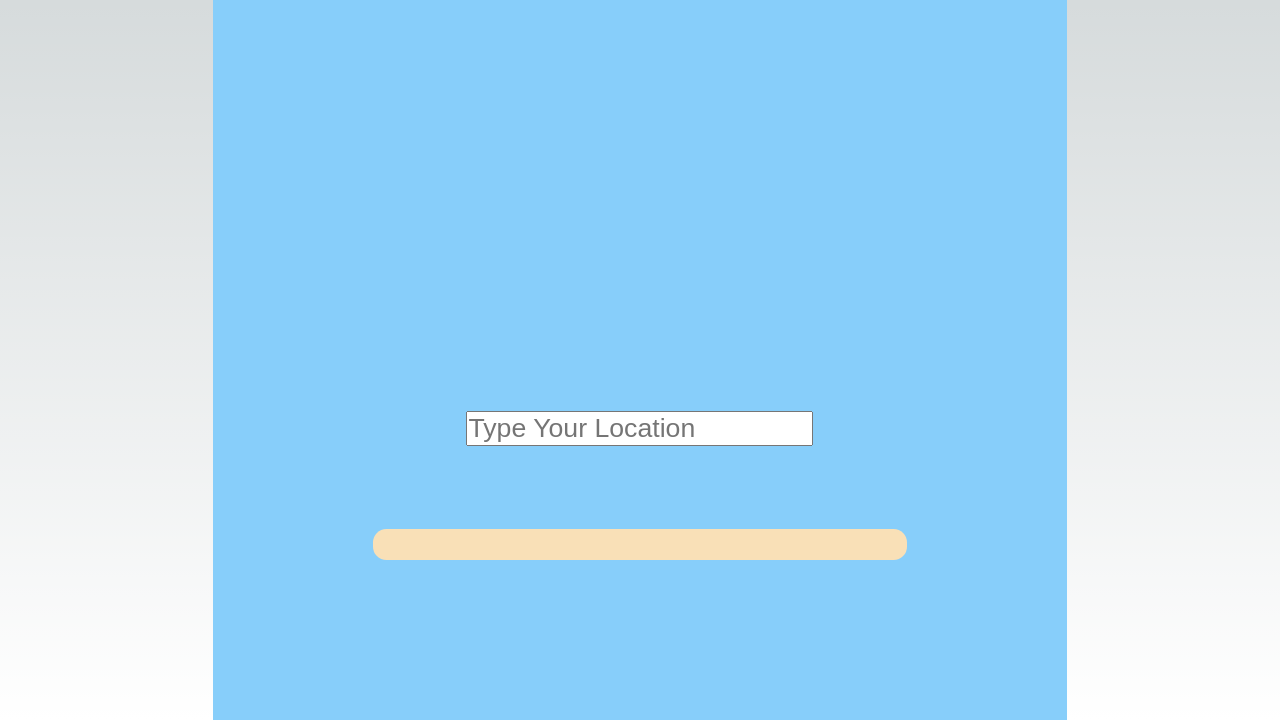
Repository: Heidingg/weather_app
Page: /
The author's editor kept a copy of each file at every save. The page is drawn from the files as they stood at one save, then again after the next save.
The browser window is 1280 px wide. The pictures show the whole page.
The project was rebuilt for these pictures with package versions that can differ from the ones it lists, and the page was loaded fresh each time. The framework's server and built-in components were replaced by stand-ins that run in the browser. Also part of the build but not shown: next.config.js.

Above is the page before, as saved 2023-01-19 22:47:47.

### pages/index.js
import Head from 'next/head';
import Image from 'next/image';
import { Inter } from '@next/font/google';
import styles from '../styles/Home.module.css';
import { useState } from 'react';
import React from 'react';
import axios from 'axios';

const inter = Inter({ subsets: ['latin'] })

export default function Home() {

  const [location, setLocation] = useState('');
  const [data, setData] = useState({});
  const [weather, setWeather] = useState();
  const [main, setMain] = useState();
  const [wind, setWind] = useState();
  const [errorMessage, setErrorMessage] = useState('');
  const [icon, setIcon] = useState('');
  var lang = "en";
  var units = "metric";
  var apiKey = "8a3b66428312171f7c96dafa7cbc5a31";

  const url = `https://api.openweathermap.org/data/2.5/weather?q=${location}&units=${units}&appid=${apiKey}&lang=${lang}`;


  const searchLocation = (event) => {
    if (event.key === 'Enter') {
      axios.get(url)
        .then((response) => {
          console.clear();
          setData(response.data);
          console.log(response.data);
          setWeather(response.data.weather);
          setWind(response.data.wind);
          setIcon(response.data.icon);
          setErrorMessage("");
        }).catch(err => {
          console.log(err);
          setErrorMessage("Please enter another location")
          setData({});
          setWeather();
          setMain();
          setWind();
          setIcon();
        })
      setLocation('')
    }
  }


  return (
    <>
      <Head>
        <title>Loweather</title>
        <meta name="description" content="Generated by create next app" />
        <meta name="viewport" content="width=device-width, initial-scale=1" />
        <link rel="icon" href="cloudy.png" alt=""/>
      </Head>

      <main className={styles.main}>
        <div className={styles.location}></div>
          <div className={styles.locationIcon}>
          <div className={styles.locationName}>
            {data.name}
          </div>
        </div>

        <div className={styles.errorMess}>{errorMessage}</div>
        <input
          value={location}
          onChange={event => setLocation(event.target.value)}
          placeholder="Type Your Location"
          onKeyDown={searchLocation}
          type="text"
        >
        </input>

        <div className={styles.weatherData}>
          <div className={styles.weatherCondition}>
            {
              weather && weather.map((w, index) => {
                return (
                  <div key={index}>
                    <div className>{w.icon}</div>
                    <img className={styles.iconStyle} src={`http://openweathermap.org/img/wn/${w.icon}@2x.png`}></img>
                    <div className>{w.main}</div>
                  </div>
                )
              })
            }
          </div>

          {
            weather && weather.map((w, index) => {
              return (
                <div key={index}>
                  <div className>{w.description}</div>
                </div>
              )
            })
          }

          {
            main && weather.map(() => {
              return (
                <div>
                  <div className={styles.weatherTemp}>Temperature: {main.temp}&#176;C</div>
                  <div className={styles.weatherFeel}>Feels like: {main.feels_like}&#176;C</div>
                </div>
              )
            })
          }

          {
            wind && weather.map(() => {
              return (
                <div>
                  <div className={styles.weatherWind}>Wind: {wind.gust} m/s</div>
                </div>
              )
            })
          }

        </div>
      </main>
    </>
)
}

### styles/globals.css
:root {
  --max-width: 1100px;
  --border-radius: 12px;
  --font-mono: ui-monospace, Menlo, Monaco, 'Cascadia Mono', 'Segoe UI Mono',
    'Roboto Mono', 'Oxygen Mono', 'Ubuntu Monospace', 'Source Code Pro',
    'Fira Mono', 'Droid Sans Mono', 'Courier New', monospace;

  --foreground-rgb: 0, 0, 0;
  --background-start-rgb: 214, 219, 220;
  --background-end-rgb: 255, 255, 255;

  --primary-glow: conic-gradient(
    from 180deg at 50% 50%,
    #16abff33 0deg,
    #0885ff33 55deg,
    #54d6ff33 120deg,
    #0071ff33 160deg,
    transparent 360deg
  );
  --secondary-glow: radial-gradient(
    rgba(255, 255, 255, 1),
    rgba(255, 255, 255, 0)
  );

  --tile-start-rgb: 239, 245, 249;
  --tile-end-rgb: 228, 232, 233;
  --tile-border: conic-gradient(
    #00000080,
    #00000040,
    #00000030,
    #00000020,
    #00000010,
    #00000010,
    #00000080
  );

  --callout-rgb: 238, 240, 241;
  --callout-border-rgb: 172, 175, 176;
  --card-rgb: 180, 185, 188;
  --card-border-rgb: 131, 134, 135;
}

@media (prefers-color-scheme: dark) {
  :root {
    --foreground-rgb: 255, 255, 255;
    --background-start-rgb: 0, 0, 0;
    --background-end-rgb: 0, 0, 0;

    --primary-glow: radial-gradient(rgba(1, 65, 255, 0.4), rgba(1, 65, 255, 0));
    --secondary-glow: linear-gradient(
      to bottom right,
      rgba(1, 65, 255, 0),
      rgba(1, 65, 255, 0),
      rgba(1, 65, 255, 0.3)
    );

    --tile-start-rgb: 2, 13, 46;
    --tile-end-rgb: 2, 5, 19;
    --tile-border: conic-gradient(
      #ffffff80,
      #ffffff40,
      #ffffff30,
      #ffffff20,
      #ffffff10,
      #ffffff10,
      #ffffff80
    );

    --callout-rgb: 20, 20, 20;
    --callout-border-rgb: 108, 108, 108;
    --card-rgb: 100, 100, 100;
    --card-border-rgb: 200, 200, 200;
  }
}

* {
  box-sizing: border-box;
  padding: 0;
  margin: 0;
  font-family: "Montserrat", sans-serif;
  font-size: 20pt;
}

.input{
  width: 80%;
  display: flex;
  background-color: lightblue;
}

.input

html,
body {
  max-width: 100vw;
  overflow-x: hidden;
  display: grid;
  place-items: center;
  min-height: 100vh;;
}

body {
  color: rgb(var(--foreground-rgb));
  background: linear-gradient(
      to bottom,
      transparent,
      rgb(var(--background-end-rgb))
    )
    rgb(var(--background-start-rgb));
}

a {
  color: inherit;
  text-decoration: none;
}

@media (prefers-color-scheme: dark) {
  html {
    color-scheme: dark;
  }
}

### styles/Home.module.css
.main {
  display: flex;
  flex-direction: column;
  justify-content: space-between;
  align-items: center;
  padding: 6rem;
  min-height: 100vh;
  background-color: lightskyblue;
}

.description {
  display: inherit;
  justify-content: inherit;
  align-items: inherit;
  font-size: 0.85rem;
  max-width: var(--max-width);
  width: 100%;
  z-index: 2;
  font-family: var(--font-mono);
}

.description a {
  display: flex;
  justify-content: center;
  align-items: center;
  gap: 0.5rem;
}

.description p {
  position: relative;
  margin: 0;
  padding: 1rem;
  background-color: rgba(var(--callout-rgb), 0.5);
  border: 1px solid rgba(var(--callout-border-rgb), 0.3);
  border-radius: var(--border-radius);
}

.code {
  font-weight: 700;
  font-family: var(--font-mono);
}

.grid {
  display: grid;
  grid-template-columns: repeat(4, minmax(25%, auto));
  width: var(--max-width);
  max-width: 100%;
}

.card {
  padding: 1rem 1.2rem;
  border-radius: var(--border-radius);
  background: rgba(var(--card-rgb), 0);
  border: 1px solid rgba(var(--card-border-rgb), 0);
  transition: background 200ms, border 200ms;
}

.card span {
  display: inline-block;
  transition: transform 200ms;
}

.card h2 {
  font-weight: 600;
  margin-bottom: 0.7rem;
}

.card p {
  margin: 0;
  opacity: 0.6;
  font-size: 0.9rem;
  line-height: 1.5;
  max-width: 30ch;
}

.center {
  display: flex;
  justify-content: center;
  align-items: center;
  position: relative;
  padding: 4rem 0;
}

.center::before {
  background: var(--secondary-glow);
  border-radius: 50%;
  width: 480px;
  height: 360px;
  margin-left: -400px;
}

.center::after {
  background: var(--primary-glow);
  width: 240px;
  height: 180px;
  z-index: -1;
}

.center::before,
.center::after {
  content: '';
  left: 50%;
  position: absolute;
  filter: blur(45px);
  transform: translateZ(0);
}

.logo,
.thirteen {
  position: relative;
}

.thirteen {
  display: flex;
  justify-content: center;
  align-items: center;
  width: 75px;
  height: 75px;
  padding: 25px 10px;
  margin-left: 16px;
  transform: translateZ(0);
  border-radius: var(--border-radius);
  overflow: hidden;
  box-shadow: 0px 2px 8px -1px #0000001a;
}

.thirteen::before,
.thirteen::after {
  content: '';
  position: absolute;
  z-index: -1;
}

/* Conic Gradient Animation */
.thirteen::before {
  animation: 6s rotate linear infinite;
  width: 200%;
  height: 200%;
  background: var(--tile-border);
}

/* Inner Square */
.thirteen::after {
  inset: 0;
  padding: 1px;
  border-radius: var(--border-radius);
  background: linear-gradient(
    to bottom right,
    rgba(var(--tile-start-rgb), 1),
    rgba(var(--tile-end-rgb), 1)
  );
  background-clip: content-box;
}

/* Enable hover only on non-touch devices */
@media (hover: hover) and (pointer: fine) {
  .card:hover {
    background: rgba(var(--card-rgb), 0.1);
    border: 1px solid rgba(var(--card-border-rgb), 0.15);
  }

  .card:hover span {
    transform: translateX(4px);
  }
}

@media (prefers-reduced-motion) {
  .thirteen::before {
    animation: none;
  }

  .card:hover span {
    transform: none;
  }
}

/* Mobile */
@media (max-width: 700px) {
  .content {
    padding: 4rem;
  }

  .grid {
    grid-template-columns: 1fr;
    margin-bottom: 120px;
    max-width: 320px;
    text-align: center;
  }

  .card {
    padding: 1rem 2.5rem;
  }

  .card h2 {
    margin-bottom: 0.5rem;
  }

  .center {
    padding: 8rem 0 6rem;
  }

  .center::before {
    transform: none;
    height: 300px;
  }

  .description {
    font-size: 0.8rem;
  }

  .description a {
    padding: 1rem;
  }

  .description p,
  .description div {
    display: flex;
    justify-content: center;
    position: fixed;
    width: 100%;
  }

  .description p {
    align-items: center;
    inset: 0 0 auto;
    padding: 2rem 1rem 1.4rem;
    border-radius: 0;
    border: none;
    border-bottom: 1px solid rgba(var(--callout-border-rgb), 0.25);
    background: linear-gradient(
      to bottom,
      rgba(var(--background-start-rgb), 1),
      rgba(var(--callout-rgb), 0.5)
    );
    background-clip: padding-box;
    backdrop-filter: blur(24px);
  }

  .description div {
    align-items: flex-end;
    pointer-events: none;
    inset: auto 0 0;
    padding: 2rem;
    height: 200px;
    background: linear-gradient(
      to bottom,
      transparent 0%,
      rgb(var(--background-end-rgb)) 40%
    );
    z-index: 1;
  }
}

/* Tablet and Smaller Desktop */
@media (min-width: 701px) and (max-width: 1120px) {
  .grid {
    grid-template-columns: repeat(2, 50%);
  }
}

@media (prefers-color-scheme: dark) {
  .vercelLogo {
    filter: invert(1);
  }

  .logo,
  .thirteen img {
    filter: invert(1) drop-shadow(0 0 0.3rem #ffffff70);
  }
}

@keyframes rotate {
  from {
    transform: rotate(360deg);
  }
  to {
    transform: rotate(0deg);
  }
}



div.weatherData {
  display: flex;
  flex-direction: column;
  align-items: left;
  justify-content: center;
  line-height: 30pt;
  background-color: #f9e0b7;
  padding-top: 3pt;
  padding-bottom: 1rem;
  border-radius: 10pt;
  width: 20rem;
}

div.weatherCondition {
  text-align: center;
  color: green;
}

.weatherDesc {
  display: flex;
  flex-direction: row;
  align-items: left;

}

div.locationName {
  font-size: 30pt;
  color: darkgreen;
  font-weight: 600;
}

Loaded but not shown: pages/_app.js (common file); pages/_document.js (common file)

After the next save:
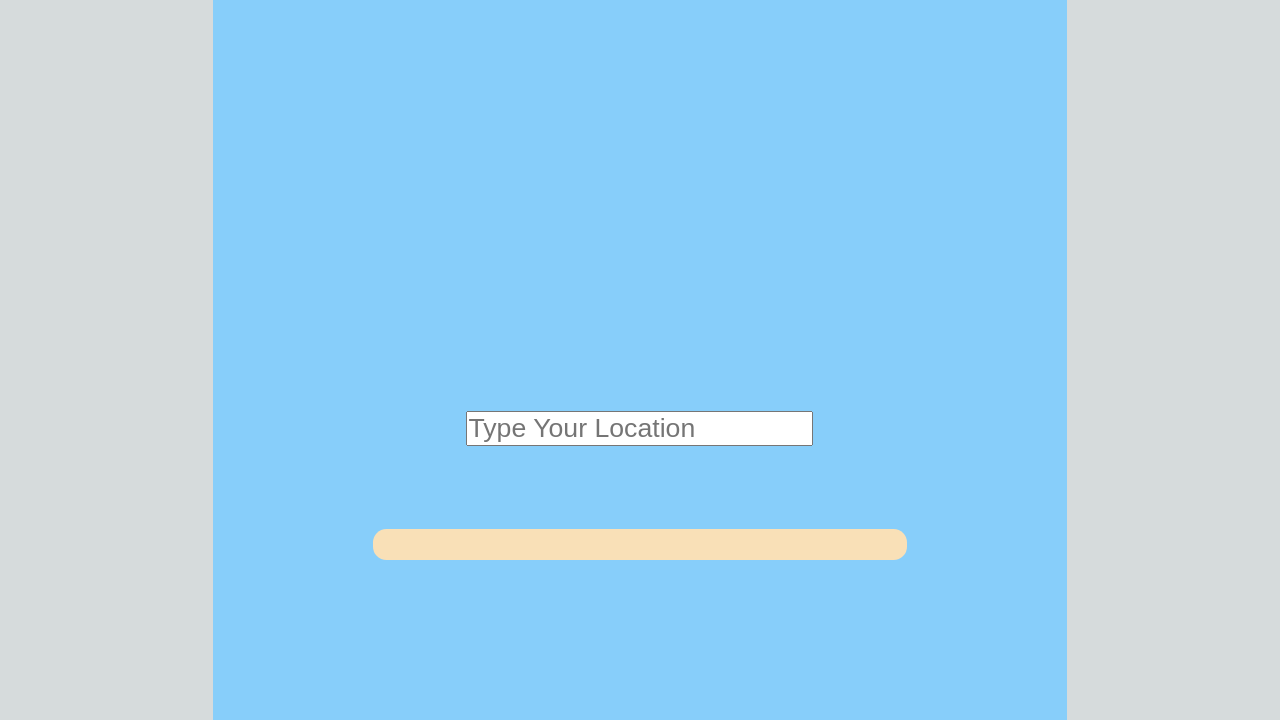
Saved 4 min 44 s later.
--- a/styles/globals.css
+++ b/styles/globals.css
@@ -91,11 +91,12 @@
 
 html,
 body {
-  max-width: 100vw;
-  overflow-x: hidden;
-  display: grid;
-  place-items: center;
-  min-height: 100vh;;
+  display: flex;
+  justify-content: center;
+  align-items: center;
+  height: 100vh;
+  background: linear-gradient(to bottom, rgba(255,255,255,0.15) 0%, rgba(0,0,0,0.15) 100%), radial-gradient(at top center, rgba(255,255,255,0.40) 0%, rgba(0,0,0,0.40) 120%) #989898;
+  background-blend-mode: multiply,multiply;
 }
 
 body {
